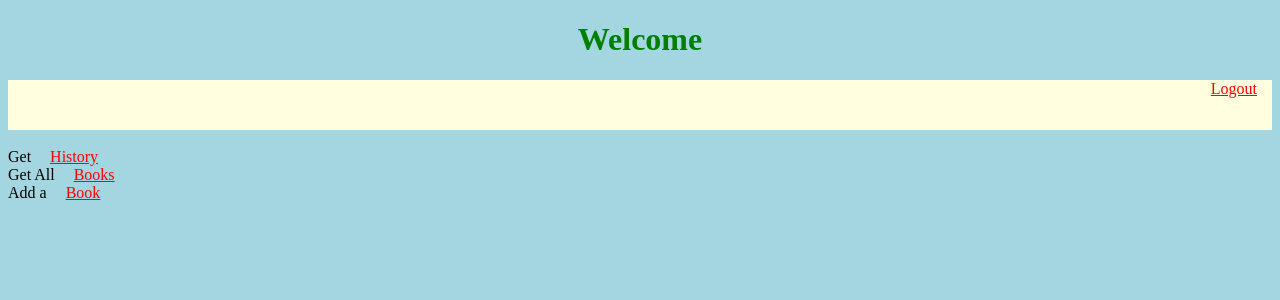
Repository: prashantvadlamani/Library-Management-System
Page: http://localhost/project/librarian.jsp
The author's editor kept a copy of each file at every save. The page is drawn from the files as they stood at one save, then again after the next save.
The browser window is 1280 px wide. The pictures show the whole page.
The page is served by Tomcat 9. Other server files are loaded and not shown.

Above is the page before, as saved 2018-08-23 05:49:31.

### project/WebContent/librarian.jsp
<%@ page language="java" contentType="text/html; charset=ISO-8859-1"
    pageEncoding="ISO-8859-1"%>
<%@page import="java.util.*"%>
<%@page import="model.*"%>
<!DOCTYPE html PUBLIC "-//W3C//DTD HTML 4.01 Transitional//EN" "http://www.w3.org/TR/html4/loose.dtd">
<html>
<head>
<meta http-equiv="Content-Type" content="text/html; charset=ISO-8859-1">
<title>Librarian</title>
<style>
	h1{
		text-align:center;
		color: green;
	}

	a{
		color: red;
		margin-top:25px;
		padding: 15px;
	}
	body{
		background-color: #a3d6e0;
	}
</style>
</head>
<body>
	<header>
	   <h1>Welcome</h1>
  </header>
	<div style="text-align:right;background-color: lightyellow;height: 50px;"><a href="logout" >Logout</a></div>
	<br>
	Get <a href="libhistory">History</a>
	<br>
	Get All <a href="librarianServlet">Books</a>
	<br>
	Add a <a href="add">Book</a>



</body>
</html>

After the next save:
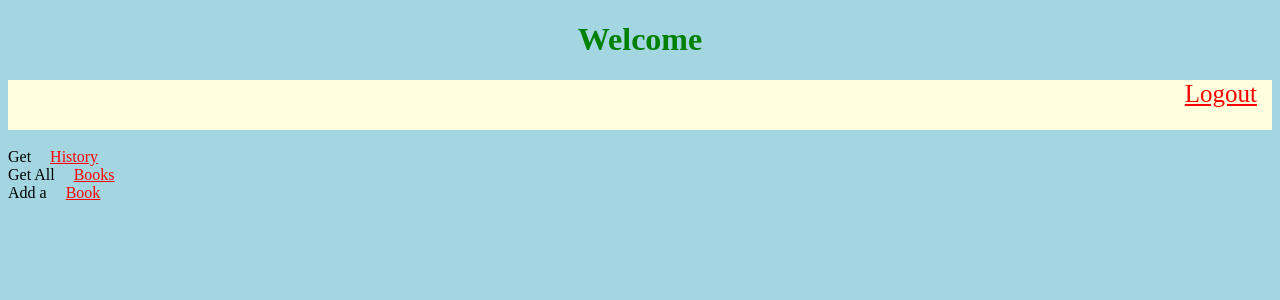
Saved 88 s later.
--- a/project/WebContent/librarian.jsp
+++ b/project/WebContent/librarian.jsp
@@ -15,7 +15,6 @@
 
 	a{
 		color: red;
-		margin-top:25px;
 		padding: 15px;
 	}
 	body{
@@ -27,7 +26,7 @@
 	<header>
 	   <h1>Welcome</h1>
   </header>
-	<div style="text-align:right;background-color: lightyellow;height: 50px;"><a href="logout" >Logout</a></div>
+	<div style="text-align:right;background-color: lightyellow;height: 50px;font-size: 25px;"><a href="logout" >Logout</a></div>
 	<br>
 	Get <a href="libhistory">History</a>
 	<br>
